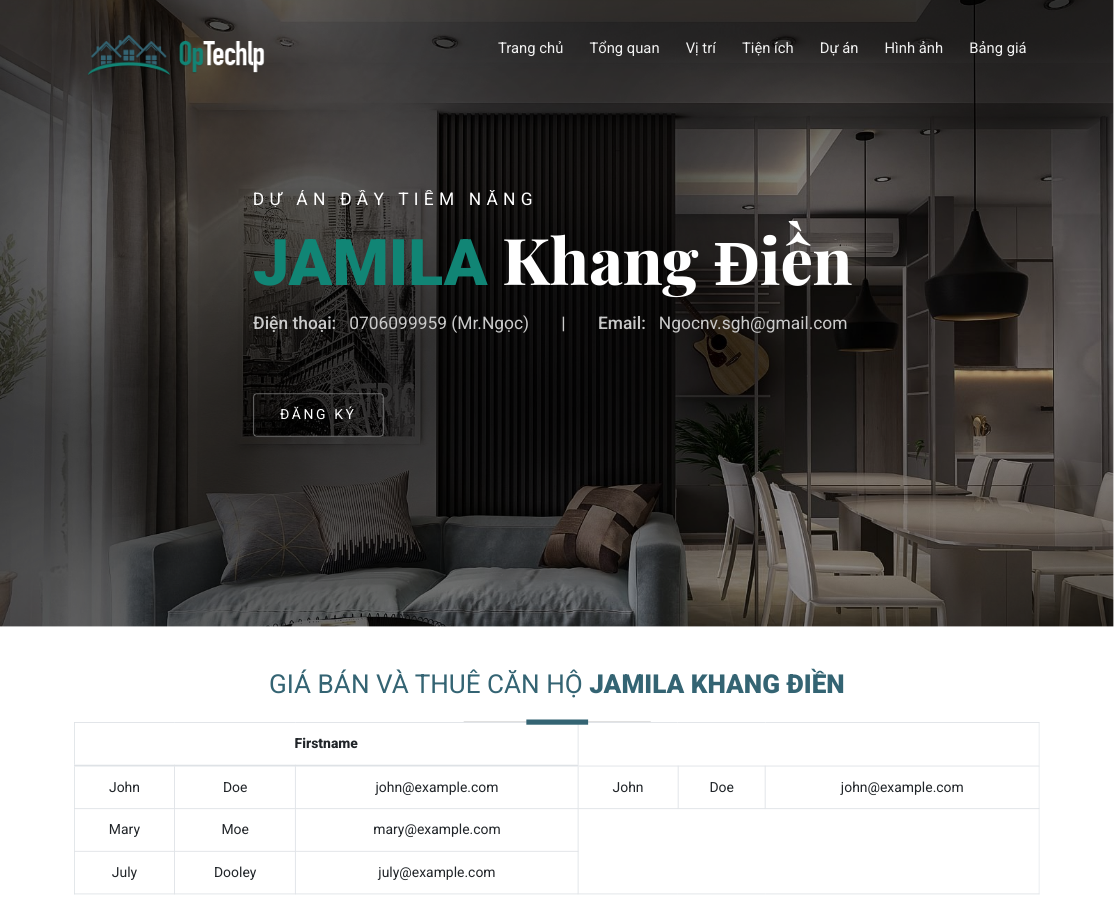
Repository: phunobi1807/Myweb
Page: index.html
These files come from the project's save history. The page is drawn as it stood at one moment and after the next save; the edit follows.
The browser window is 1280 px wide. The pictures show the whole page, at 87% of full size.
Some web fonts or font styles are not loaded; a fallback is used.

Above is the page before, as saved 2021-05-14 11:45:46.

After the next save:
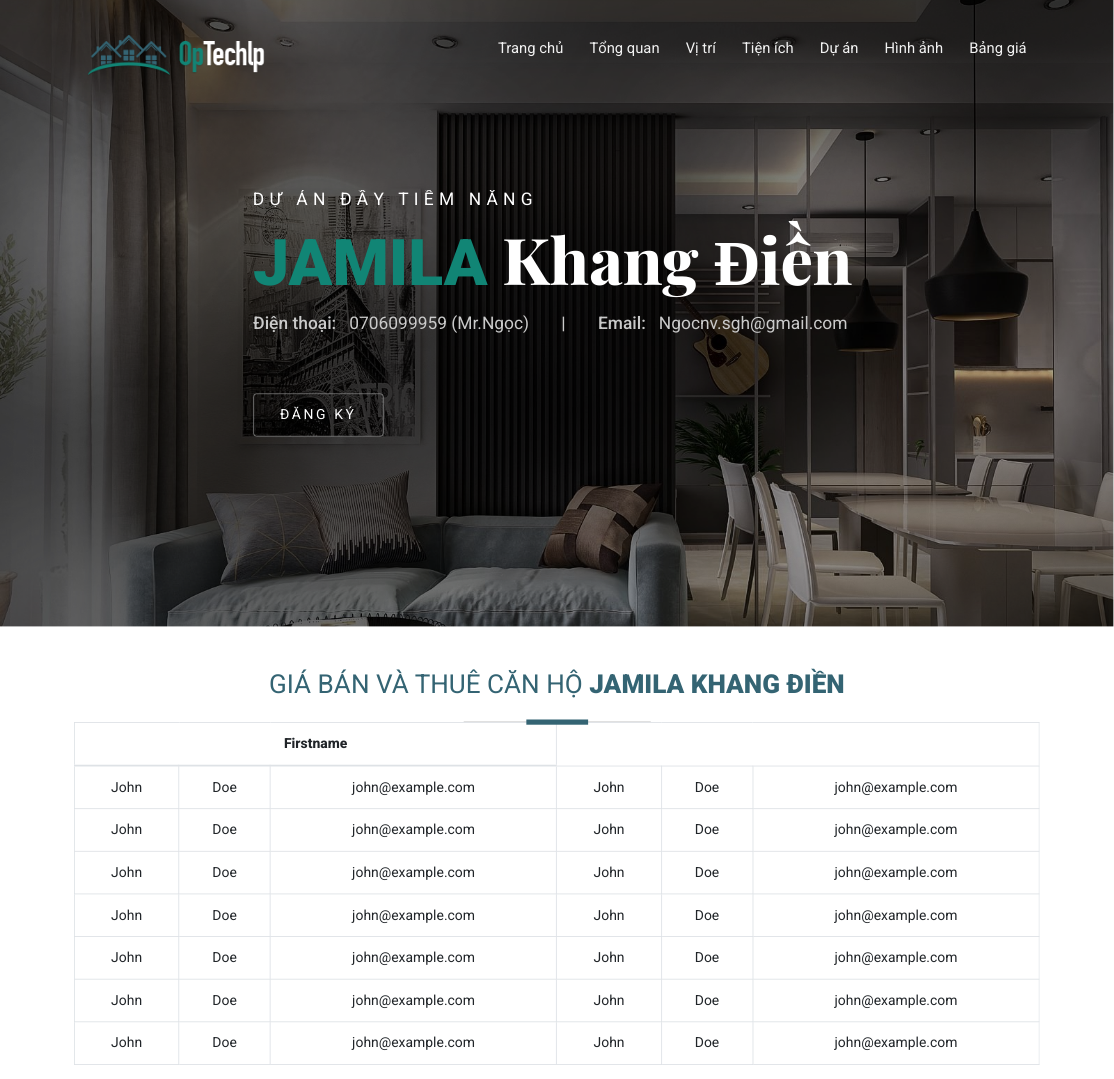
Saved 17 s later.
--- a/index.html
+++ b/index.html
@@ -62,14 +62,52 @@
                             <td>john@example.com</td>
                         </tr>
                         <tr>
-                            <td>Mary</td>
-                            <td>Moe</td>
-                            <td>mary@example.com</td>
+                            <td>John</td>
+                            <td>Doe</td>
+                            <td>john@example.com</td>
+                            <td>John</td>
+                            <td>Doe</td>
+                            <td>john@example.com</td>
                         </tr>
                         <tr>
-                            <td>July</td>
-                            <td>Dooley</td>
-                            <td>july@example.com</td>
+                            <td>John</td>
+                            <td>Doe</td>
+                            <td>john@example.com</td>
+                            <td>John</td>
+                            <td>Doe</td>
+                            <td>john@example.com</td>
+                        </tr>
+                        <tr>
+                            <td>John</td>
+                            <td>Doe</td>
+                            <td>john@example.com</td>
+                            <td>John</td>
+                            <td>Doe</td>
+                            <td>john@example.com</td>
+                        </tr>
+                        <tr>
+                            <td>John</td>
+                            <td>Doe</td>
+                            <td>john@example.com</td>
+                            <td>John</td>
+                            <td>Doe</td>
+                            <td>john@example.com</td>
+                        </tr>
+                        <tr>
+                            <td>John</td>
+                            <td>Doe</td>
+                            <td>john@example.com</td>
+                            <td>John</td>
+                            <td>Doe</td>
+                            <td>john@example.com</td>
+                        </tr>
+                        <tr>
+                            <td>John</td>
+                            <td>Doe</td>
+                            <td>john@example.com</td>
+                            <td>John</td>
+                            <td>Doe</td>
+                            <td>john@example.com</td>
                         </tr>
 
                     </tbody>
